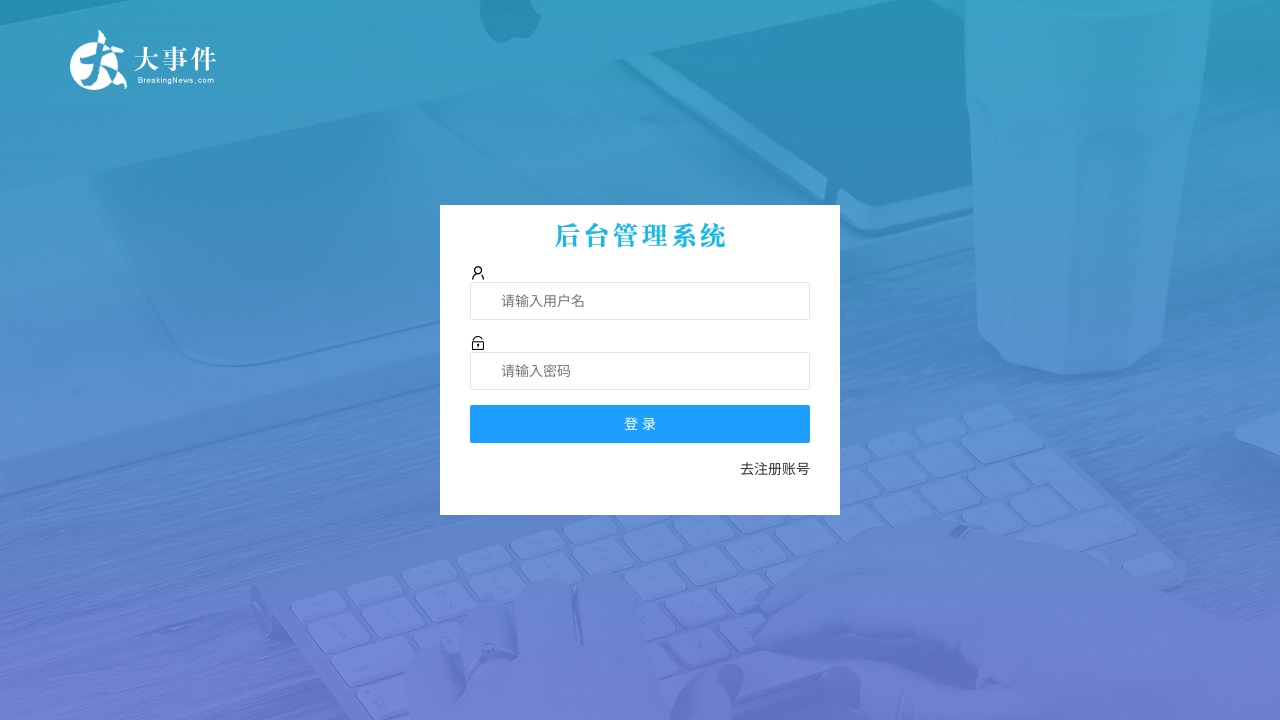
Repository: xxsleep/-
Page: home/login.html
An editor plug-in stored every save of this project. The page is shown before and after the next save, followed by the edit.
The browser window is 1280 px wide. The pictures show the whole page.

Above is the page before, as saved 2020-11-24 09:27:06.

After the next save:
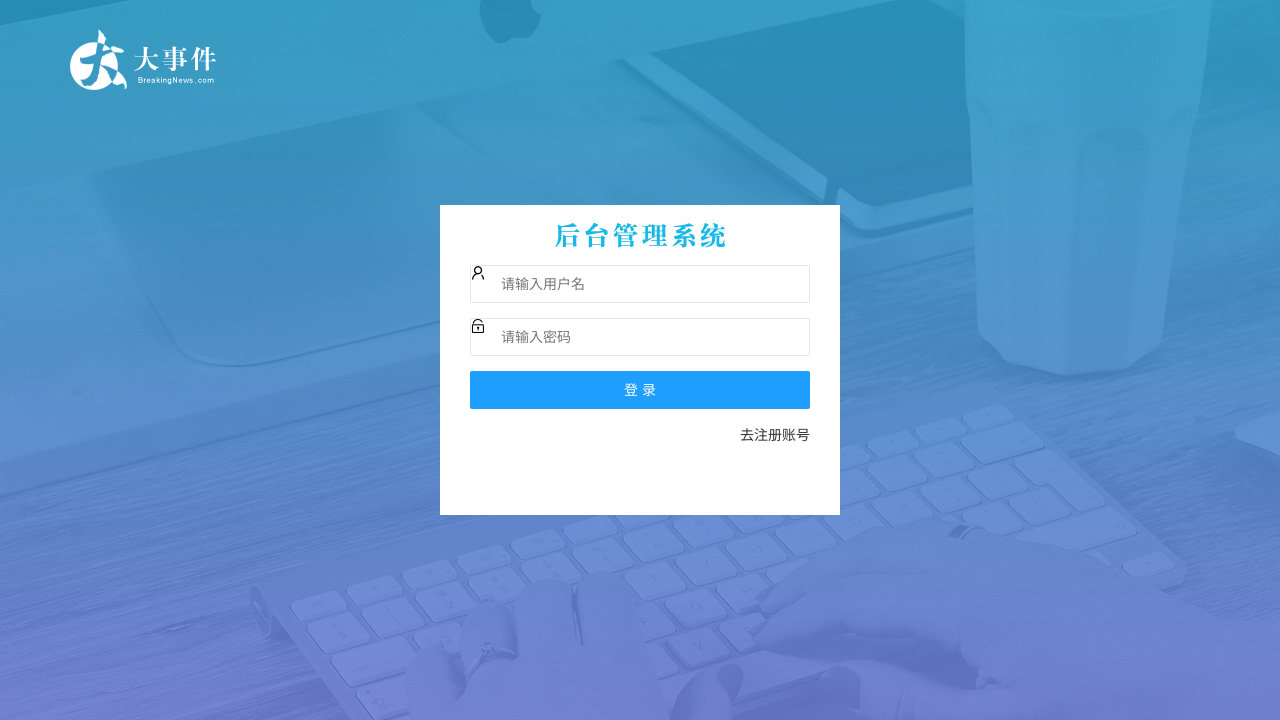
Saved 76 s later.
--- a/assets/css/login.css
+++ b/assets/css/login.css
@@ -49,3 +49,11 @@ html, body {
 .layui-input {
   padding-left: 30px;
 }
+
+.layui-form-item {
+  position: relative;
+}
+
+.layui-icon {
+  position: absolute;
+}
